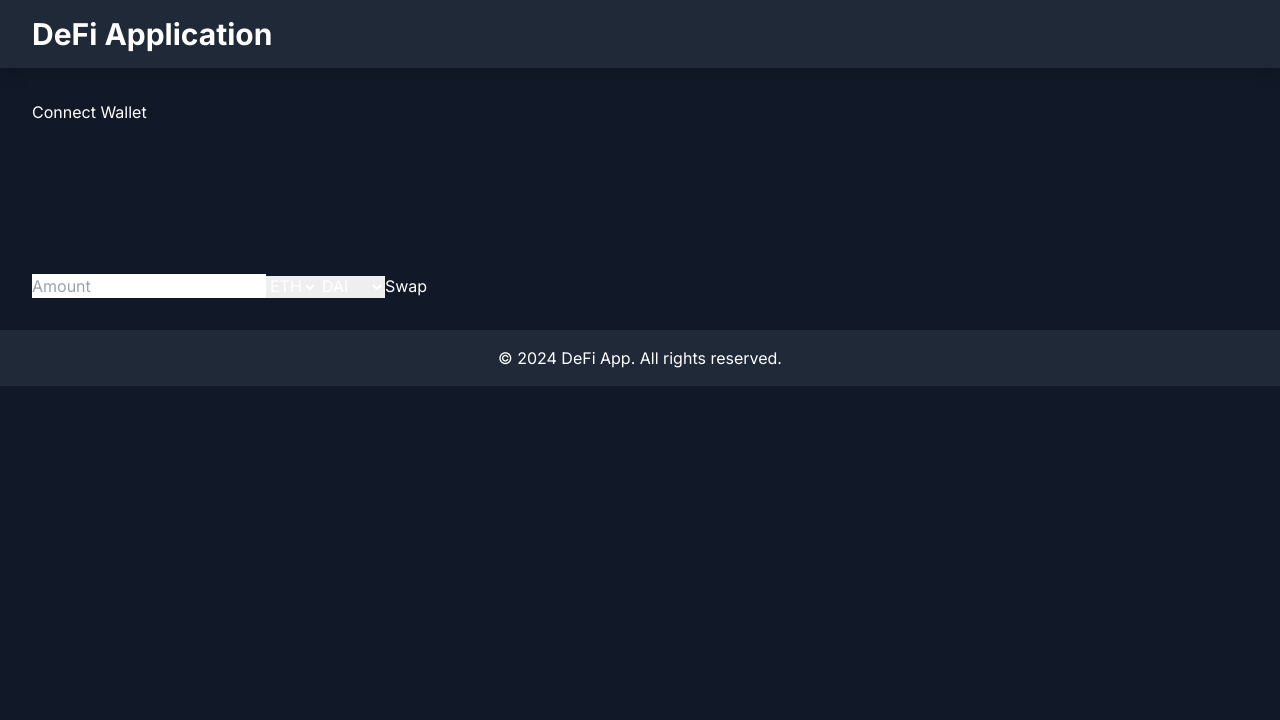
Repository: AllMightLegend/defi-token-swapping-app
Page: /
The author's editor kept a copy of each file at every save. The page is drawn from the files as they stood at one save, then again after the next save.
The browser window is 1280 px wide. The pictures show the whole page.
The page's requests for data from a server got no answer. The project was rebuilt for these pictures with package versions that can differ from the ones it lists, and the page was loaded fresh each time. Some packages were replaced by stand-ins written for this rebuild. The framework's server and built-in components were replaced by stand-ins that run in the browser. No one was signed in, and anything a server would have sent is missing. Also part of the build but not shown: next.config.mjs.

Above is the page before, as saved 2024-08-27 19:23:33.

After the next save:
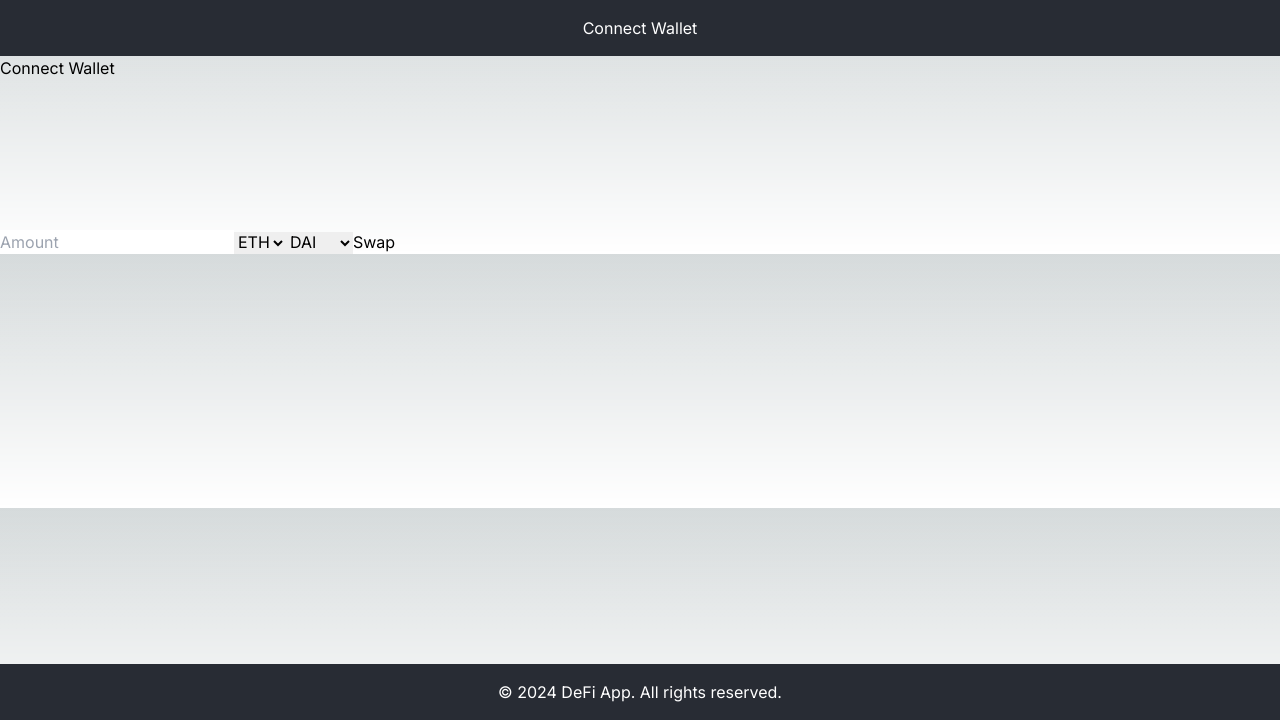
Saved 30 s later.
--- a/components/Layout.tsx
+++ b/components/Layout.tsx
@@ -1,17 +1,41 @@
 import React from 'react';
+import Head from 'next/head';
+import WalletConnector from './WalletConnector';
 
-const Layout: React.FC<{ children: React.ReactNode }> = ({ children }) => {
+const Layout: React.FC = ({ children }) => {
   return (
-    <div className="min-h-screen bg-gray-900 text-white">
-      <header className="py-4 px-8 bg-gray-800 shadow-lg">
-        <h1 className="text-3xl font-bold">DeFi Application</h1>
+    <div>
+      <Head>
+        <title>DeFi App</title>
+        <meta name="description" content="A decentralized finance application" />
+        <link rel="icon" href="/favicon.ico" />
+      </Head>
+      <header>
+        <WalletConnector />
       </header>
-      <main className="container mx-auto p-8">
+      <main>
         {children}
       </main>
-      <footer className="py-4 px-8 bg-gray-800 text-center">
-        <p>&copy; 2024 DeFi App. All rights reserved.</p>
+      <footer>
+        <p>&copy; {new Date().getFullYear()} DeFi App. All rights reserved.</p>
       </footer>
+      <style jsx>{`
+        header {
+          background-color: #282c34;
+          padding: 1rem;
+          color: white;
+          text-align: center;
+        }
+        footer {
+          background-color: #282c34;
+          padding: 1rem;
+          color: white;
+          text-align: center;
+          position: fixed;
+          width: 100%;
+          bottom: 0;
+        }
+      `}</style>
     </div>
   );
 };
